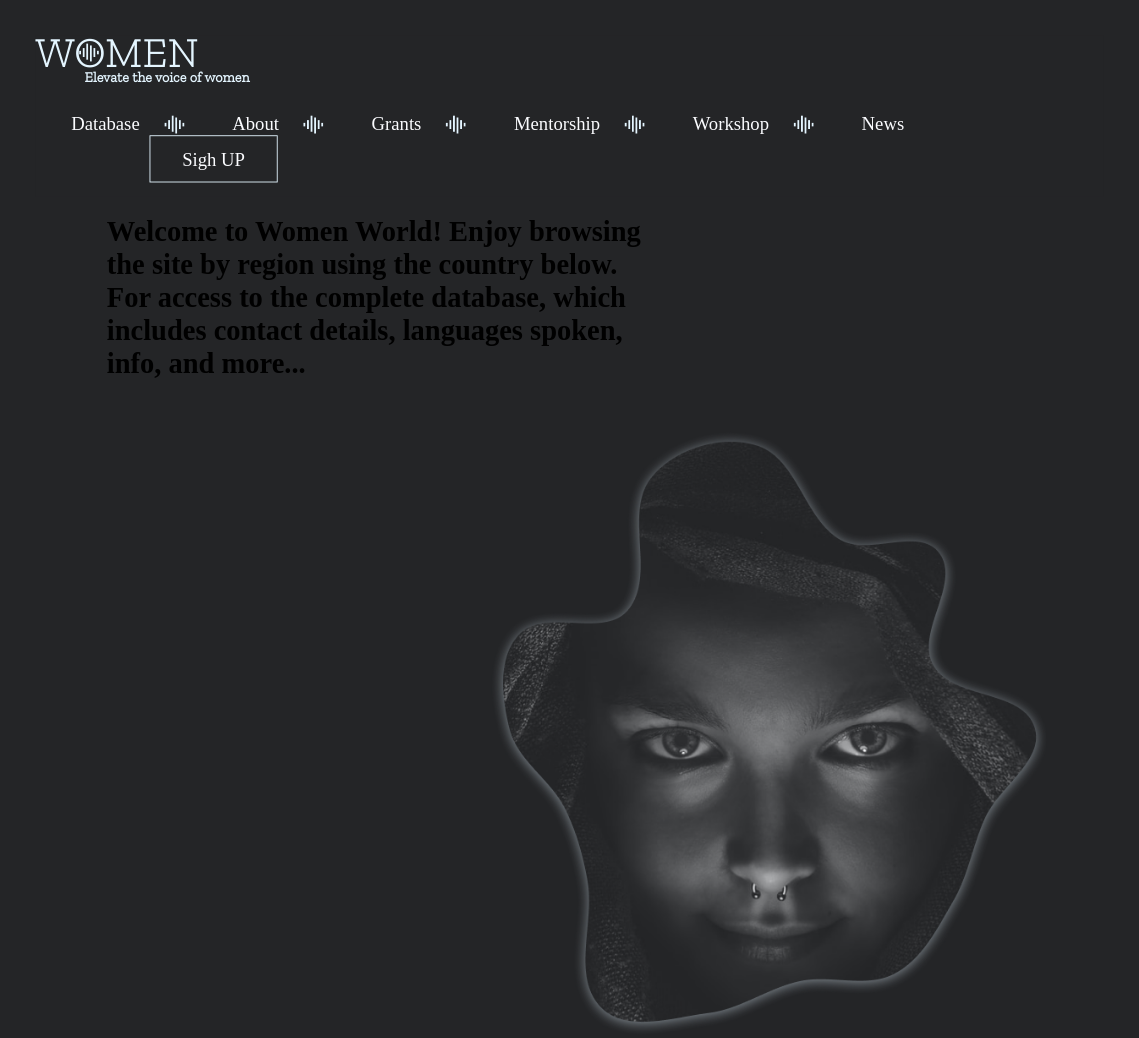
Repository: AndreyMykulych/user_home_work_Mykulych
Page: 5/index.html
An editor plug-in stored every save of this project. The page is shown before and after the next save, followed by the edit.
The browser window is 1280 px wide. The pictures show the whole page, at 89% of full size.

Above is the page before, as saved 2023-03-04 20:31:30.

### 5/index.html
<!DOCTYPE html>
<html lang="en">
<head>
    <meta charset="UTF-8">
    <meta http-equiv="X-UA-Compatible" content="IE=edge">
    <meta name="viewport" content="width=device-width, initial-scale=1.0">
    <title>Document</title>
    <link rel="stylesheet" href="style/normalize.css">
    <link rel="stylesheet" href="style/index.css">
    <link rel="preconnect" href="https://fonts.googleapis.com">
<link rel="preconnect" href="https://fonts.gstatic.com" crossorigin>
<link href="https://fonts.googleapis.com/css2?family=Roboto&family=Zilla+Slab:wght@300&display=swap" rel="stylesheet">
<link rel="preconnect" href="https://fonts.googleapis.com">
<link rel="preconnect" href="https://fonts.gstatic.com" crossorigin>
<link href="https://fonts.googleapis.com/css2?family=Roboto&family=Zilla+Slab:wght@300&display=swap" rel="stylesheet">
<link rel="preconnect" href="https://fonts.googleapis.com">
<link rel="preconnect" href="https://fonts.gstatic.com" crossorigin>
<link href="https://fonts.googleapis.com/css2?family=Roboto&family=Zilla+Slab:wght@300&display=swap" rel="stylesheet">
</head>
<body>

    <div class="header clearfix">
        <div class="logo clearfix">
            WOMEN
            <p>Elevate the voice of women</p>
        </div>
        <div class="menu clearfix">
            <ul>
                <li>
                    <a href="#">Database</a>
                </li>
                <li>
                    <a href="#">About</a>
                </li>
                <li>
                    <a href="#">Grants</a>
                </li>
                <li>
                    <a href="#">Mentorship</a>
                </li>
                <li>
                    <a href="#">Workshop</a>
                </li>
                <li>
                    <a href="#">News</a>
                </li>
                <li>
                    <a class="header_button" type="button" href="#">Sigh UP</a>
                </li>
            </ul>
        </div>
    </div>

<div class="middle_content">
    <h1>Welcome to Women World!

        Enjoy browsing the site by region using the country below.

        For access to the complete database, which includes contact details, languages spoken, info, and more...</h1>
        <img src="img/background_right.png" alt="">

    </div>
</body>
</html>

### 5/style/index.css
*{
    box-sizing: border-box;
}
.clearfix::after{
    content: "";
    display: table;
    clear: both;
}
body{
    background-color: #242527;

    margin-top: 40px;
    margin-bottom:69px ;
    margin-left: 40px;
    margin-right: 40px;
}

.header{
    width: 100%;
    height: auto;
    margin: 0 auto;
    background-color: #242527;
}
.logo {
    display: inline-block;
    float: left;
    width: 300px;
    font-size: 48px;
    font-weight: bold;
    color: #E4F5FF;
    font-family: 'Roboto', sans-serif;
font-family: 'Zilla Slab', serif;
font-style: normal;
font-weight: 400;
line-height: 37px;
background-image: url("../img/Vector_(2).png");
background-repeat: no-repeat;
background-size: auto;
background-position-x: 49px;
background-position-y: 9px;
margin: 0;
  }
  .logo p{
      width: 200px;
      margin: 0;
      font-family: 'Roboto', sans-serif;
      font-family: 'Zilla Slab', serif;
    font-style: normal;
    font-weight: 700;
    font-size: 16px;
    line-height: 20px;
    color: #E4F5FF;
    margin-left: 55px;
  }
   .menu {
       display: inline-block;
       float: right;

   }
   .menu li{
       display: inline-block;
       margin-right: 50px;
       margin-top: 14px;
   }
  .menu a{
      color: #FBFCFF;
      text-decoration: none;
      font-family: 'Clab';
font-style: normal;
font-weight: 300;
font-size: 21px;
line-height: 25px;
  }
  .menu li:last-child{
      border: 1px solid #E4F5FF;
      width: 144px;
      height: 53px;
      font-family: 'Clab';
font-style: normal;
font-weight: 300;
font-size: 21px;
line-height: 51px;
background-image: none;
margin-right: 0;
text-align:  center;
margin-left: 88px;
margin-top: 0;
padding-right: 0;
font-family: 'Roboto', sans-serif;
font-family: 'Zilla Slab', serif;
  }
  .menu a:visited{
      color:#FBFCFF;
  }
  .menu ul li{
      background-image: url("../img/Vector_(2).png");
      background-repeat: no-repeat;
      background-position:center right ;
      padding-right: 50px;
  }
  .menu li:nth-last-child(2){
    background-image: none;
}
.middle_content h1{
    display: inline-block;
    width: 620px;
    height: auto;
    margin-left: 80px;
    float: left;
}
.middle_content img{
    display: inline-block;
    margin-top: 35px;
    float: right;
    width: 630px;
    height: auto;
    margin-right: 60px;
}

Loaded but not shown: 5/style/normalize.css (library)

After the next save:
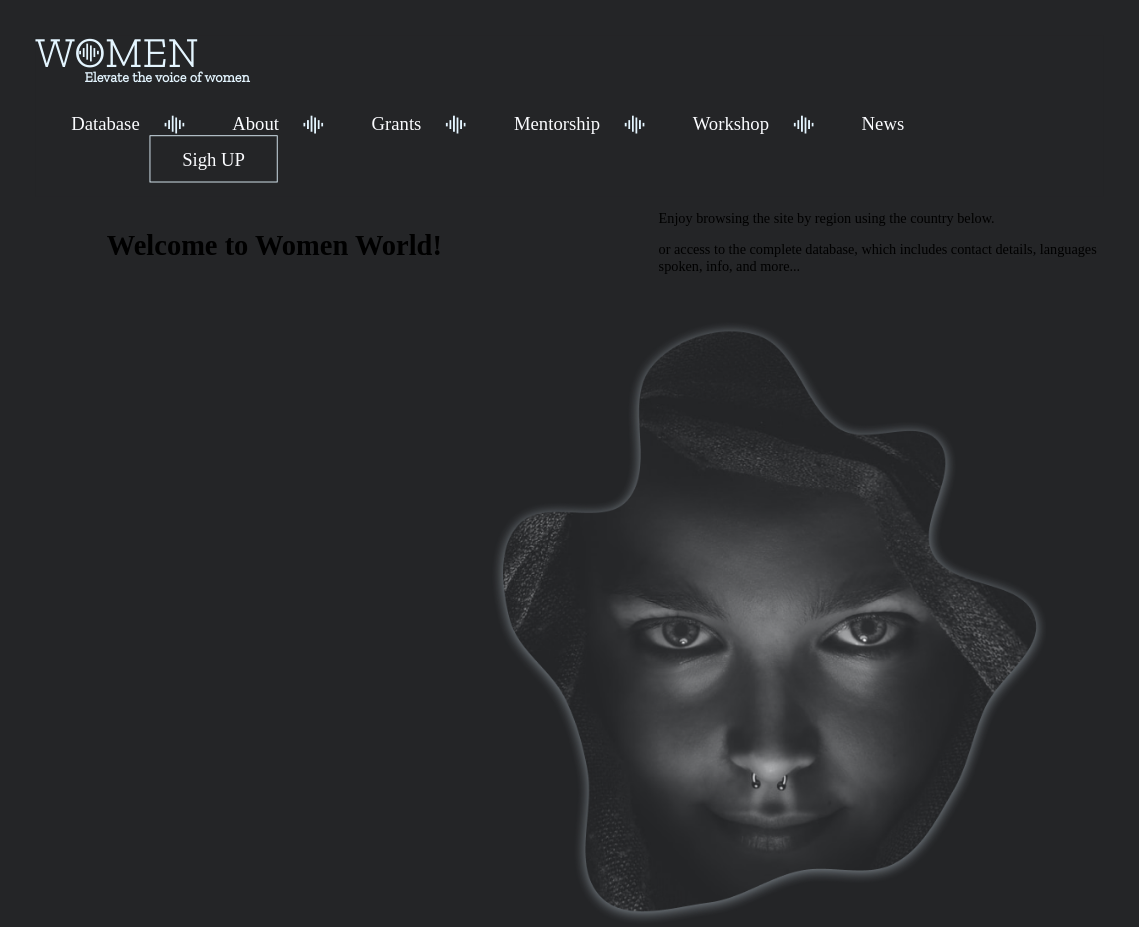
Saved 100 s later.
--- a/5/index.html
+++ b/5/index.html
@@ -52,11 +52,11 @@
     </div>
 
 <div class="middle_content">
-    <h1>Welcome to Women World!
+    <h1>Welcome to Women World! </h1>
 
-        Enjoy browsing the site by region using the country below.
+        <p>Enjoy browsing the site by region using the country below.</p>
 
-        For access to the complete database, which includes contact details, languages spoken, info, and more...</h1>
+        <p>or access to the complete database, which includes contact details, languages spoken, info, and more...</p>
         <img src="img/background_right.png" alt="">
 
     </div>
